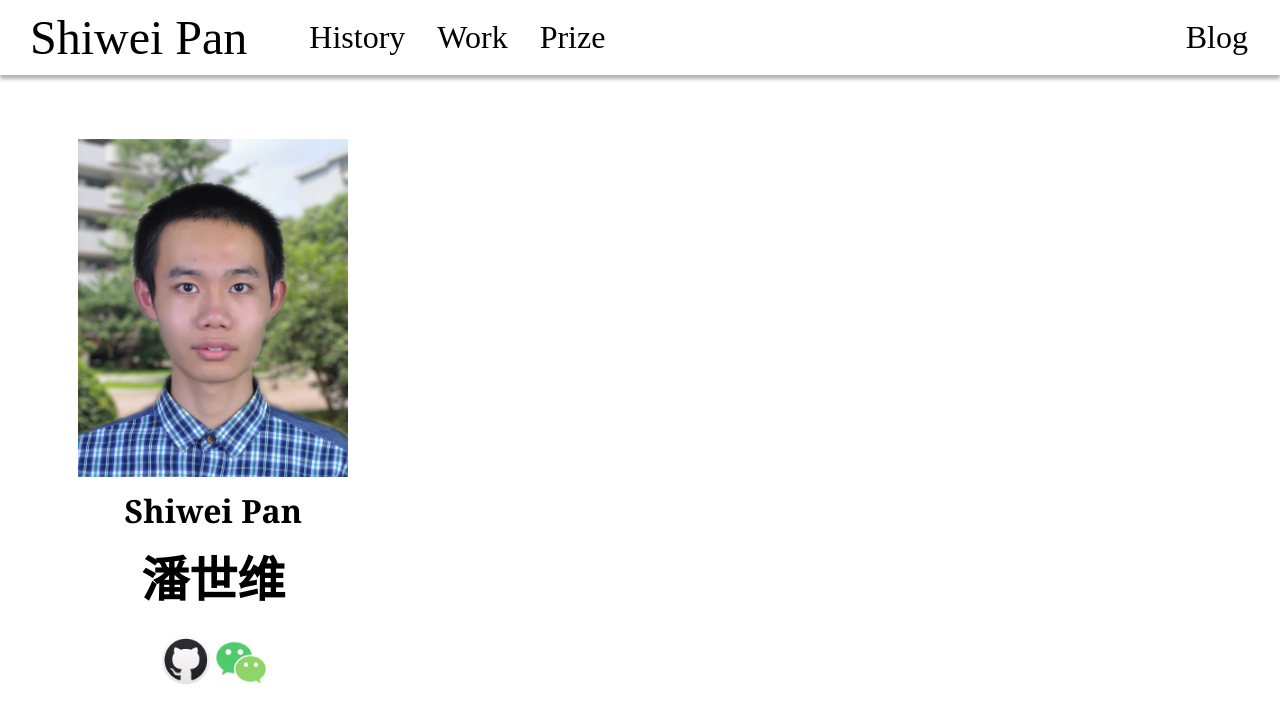
Repository: erikpsw/web
Page: new/psw.html
These files come from the project's save history. The page is drawn as it stood at one moment and after a run of saves; the edit follows.
The browser window is 1280 px wide. The pictures show the whole page.

Above is the page before, as saved 2022-06-16 23:05:51.

### new/psw.html
<!DOCTYPE html>
<html>
<head>
<meta charset="utf-8">
<title>Shiwei Pan</title>
<link rel="stylesheet" type="text/css" href="styles.css">
</head>
<body class="body">
<nav id="start_box">
    <a class="nav" id="title" href="">Shiwei Pan</a>
    <a class="nav" href="" >History</a>
    <a class="nav" href="">Work</a>
    <a class="nav" href="">Prize</a>
    <a class="nav" id="myblog" target="_blank" href="https://erikpsw.github.io/">Blog</a>
</nav>
<section>
    <div id="profile">
        <img src="\pic\mine.png" id="mine">
        <h2 id="intro">Shiwei Pan</h2>
        <h2 id="name">潘世维</h2>
    <ul class="network_icon">
        <li>
            <a href="https://github.com/erikpsw"><img src="\pic\github.png" id="github"></a>
        </li>
        <li>
        <img src="\pic\wechat.png" id="wechat">
        </li>
    <ul>

    </div>
</section>
</body>
</html>

### new/styles.css
#start_box
{
    background-color: whit;
    display:flex;
    box-shadow: 0 0.25rem 0.25rem 0 rgb(0 0 0 / 31%);
}

#title{
    text-decoration: none;
    font-family:"Times New Roman",Georgia,Serif;
    font-style:inherit;
    padding:10px 30px 10px;
    color:black;
    font-size: 3em;
}

.nav{
    text-decoration: none;
    font-family:"Times New Roman",Georgia,Serif;
    padding-left:1em;
    color:black;
    display: inline-flex;
    align-items: center;
    font-size: 2em;
}

.body{
    margin: 0%;
}

#myblog{
    margin-left: auto;
    padding-right: 1em;
}

#mine{
    width: 270px;
    height: 337.5px;
    margin-top: 4em;
}

#profile{
    text-align: center;
    max-width: 33.333%;
}

#intro{
    font-family: Georgia,Serif;
    font-size: 2em;
    margin: 2%;
}

#name{
    font-family: STZhongsong;
    font-size: 3em;
    margin: 2%;
}

.network_icon{
    list-style: none;
    display: inline-flex;
    flex-direction: row;
}

#github{
    height: 50px;
}
#wechat{
    height: 50px;
    padding-top: 3px;
    margin-left: 5px;
}

After the next 2 saves:
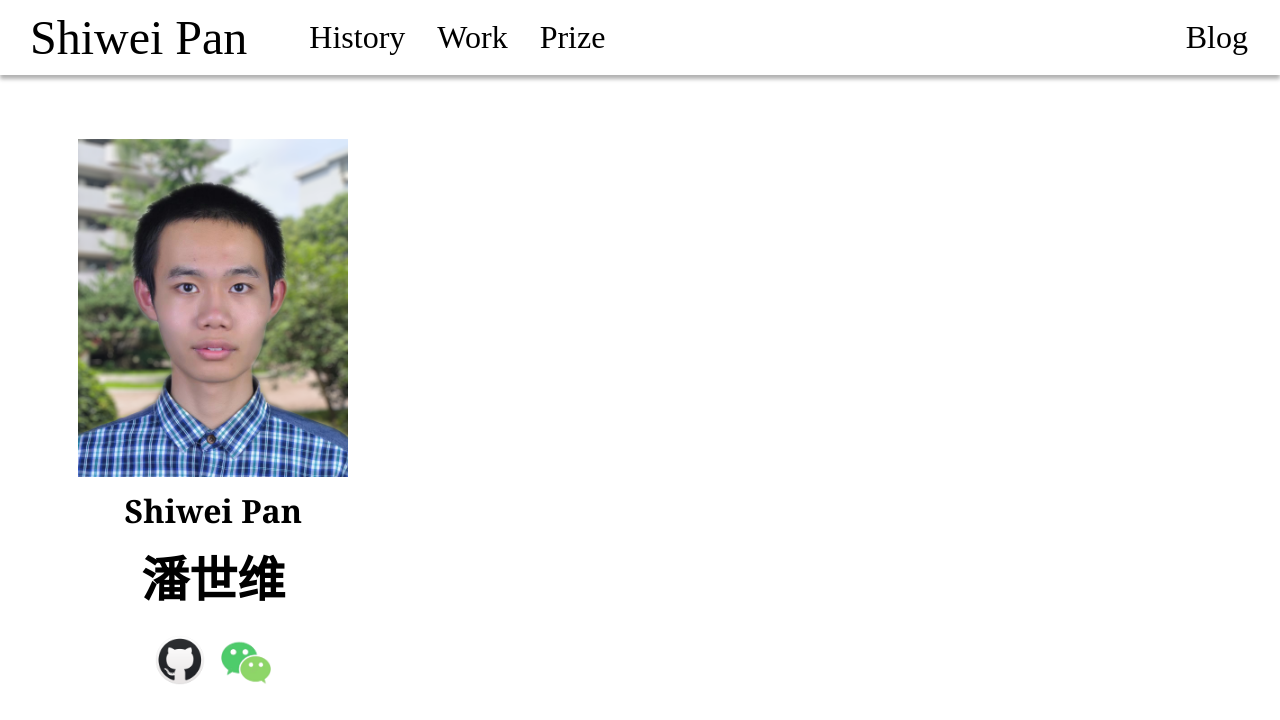
The 2 saves are shown as one change because they came seconds apart.
The last was saved 9 s later.
--- a/new/styles.css
+++ b/new/styles.css
@@ -68,5 +68,5 @@
 #wechat{
     height: 50px;
     padding-top: 3px;
-    margin-left: 5px;
+    margin-left: 1em;
 }
